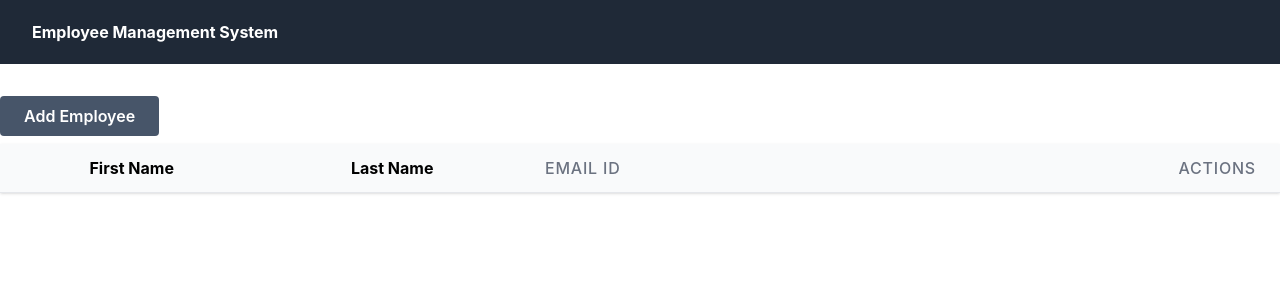
Repository: Atanu484/Full-Stack-Employee-Management-System
Page: / (app in employee-system-frontend/)
An editor plug-in stored every save of this project. The page is shown before and after a run of saves, followed by the edit.
The browser window is 1280 px wide. The pictures show the whole page.
The project was rebuilt for these pictures with package versions that can differ from the ones it lists, and the page was loaded fresh each time. Also part of the build but not shown: employee-system-frontend/src/App.css, employee-system-frontend/src/services/EmployeeService.js, employee-system-frontend/src/components/AddEmployee.js.

Above is the page before, as saved 2022-08-15 02:15:00.

### employee-system-frontend/src/App.js

import { BrowserRouter, Routes, Route } from 'react-router-dom';
import './App.css';
import AddEmployee from './components/AddEmployee';
import EmployeeList from './components/EmployeeList';
import NavBar from './components/NavBar';

function App() {
  return (
    <>
      <BrowserRouter>
        <NavBar />
        <Routes>
          <Route path="/" element={<EmployeeList />}></Route>
          <Route path="/employeeList" element={<EmployeeList />}></Route>
          <Route path="/addEmployee" element={<AddEmployee />}></Route>
        </Routes>
      </BrowserRouter>
    </>
  );
}

export default App;

### employee-system-frontend/src/components/EmployeeList.js

import React from 'react';
const EmployeeList = () => {
    return (
        <div className="container mx-auto my-8">
            <div className="h-12">
                <button
                    className="rounded bg-slate-600 text-white px-6 py-2 font-semibold">
                    Add Employee
                </button>
            </div>
            <div className="flex shadow border-b">
                <table className="min-w-full">
                    <thead className="bg-gray-50">
                        <tr>
                            <th>
                                First Name
                            </th>
                            <th>
                                Last Name
                            </th>
                            <th className="text-left font-medium text-gray-500 uppercase tracking-wider py-3 px-6">
                                Email ID
                            </th>
                            <th className="text-right font-medium text-gray-500 uppercase tracking-wider py-3 px-6">
                                Actions
                            </th>
                        </tr>
                    </thead>

                </table>
            </div>
        </div>
    );
};

export default EmployeeList;

### employee-system-frontend/src/components/NavBar.js
import React from "react";

const Navbar = () => {
    return (
        <div className="bg-gray-800">
            <div className="h-16 px-8 flex items-center">
                <p className="text-white font-bold">Employee Management System</p>
            </div>
        </div>
    );
};

export default Navbar;

Loaded but not shown: employee-system-frontend/public/index.html (common file); employee-system-frontend/src/index.js (common file); employee-system-frontend/src/index.css (common file); employee-system-frontend/tailwind.config.js (common file)

After the next 2 saves:
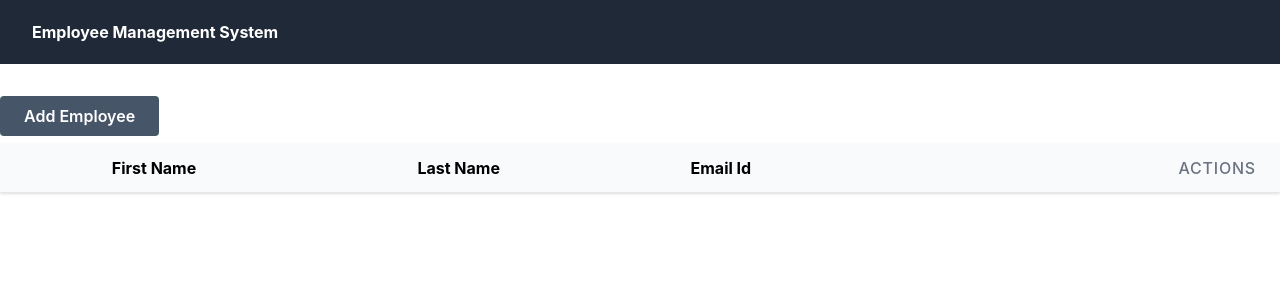
The 2 saves are shown as one change because they came seconds apart.
The last was saved 13 s later.
--- a/employee-system-frontend/src/components/EmployeeList.js
+++ b/employee-system-frontend/src/components/EmployeeList.js
@@ -19,8 +19,8 @@ const EmployeeList = () => {
                             <th>
                                 Last Name
                             </th>
-                            <th className="text-left font-medium text-gray-500 uppercase tracking-wider py-3 px-6">
-                                Email ID
+                            <th>
+                                Email Id
                             </th>
                             <th className="text-right font-medium text-gray-500 uppercase tracking-wider py-3 px-6">
                                 Actions
